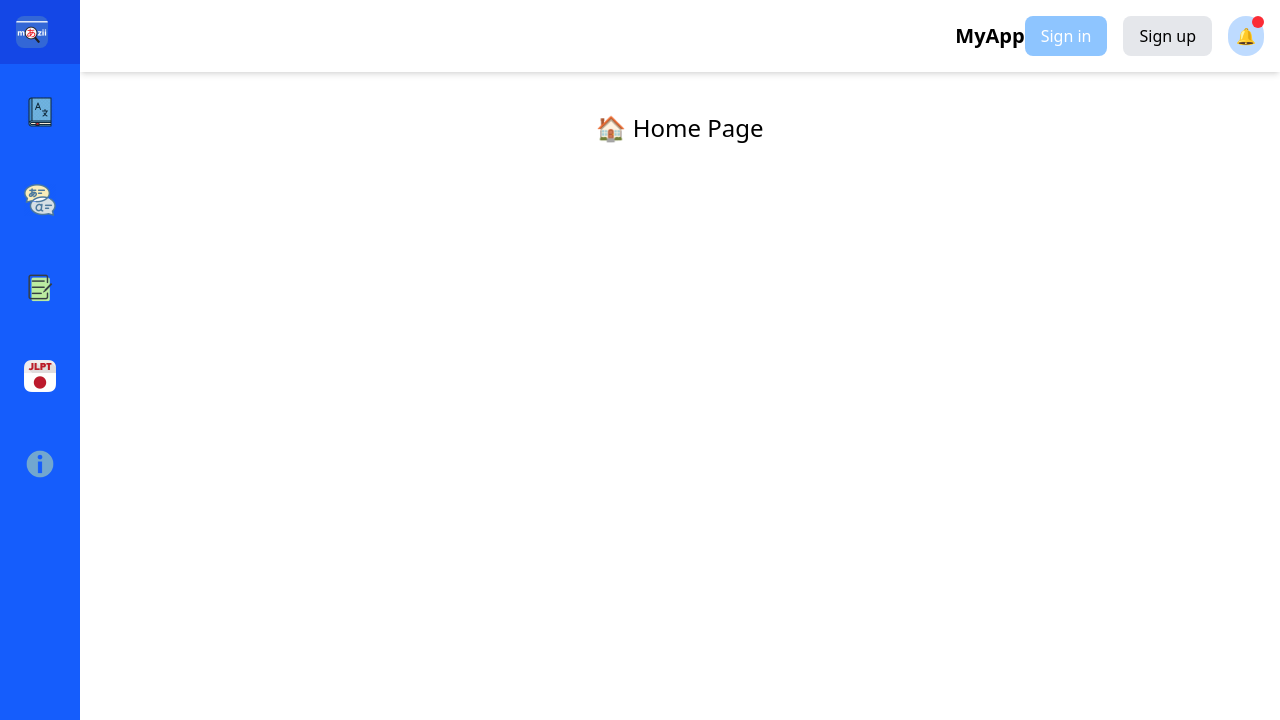
Repository: reminzuetto/JapaneseTranslationApp
Page: /
These files come from the project's save history. The page is drawn as it stood at one moment and after the next save; the edit follows.
The browser window is 1280 px wide. The pictures show the whole page.
The project was rebuilt for these pictures with package versions that can differ from the ones it lists, and the page was loaded fresh each time. Also part of the build but not shown: vite.config.js, src/components/Header/NotificationItem.jsx, src/pages/SignIn.jsx, src/pages/Signup.jsx.

Above is the page before, as saved 2025-03-11 23:54:53.

### src/App.jsx
import React from "react";
import { BrowserRouter as Router, Routes, Route } from "react-router-dom";
import Header from "./components/Header/Header";
import Home from "./pages/Home";
import Sidebar from "./components/SideBar/SideBar";
import SignIn from "./pages/SignIn";
import SignUp from "./pages/Signup";

function App() {
  return (
    <Router>
      <div className="flex">
        <Sidebar />
        <div className="flex-1 pl-20">
          <Header />
          <Routes>
            <Route path="/" element={<Home />} />
            <Route path="/signin" element={<SignIn />} />
            <Route path="/signup" element={<SignUp />} />
          </Routes>
        </div>
      </div>
    </Router>
  );
}

export default App;

### src/components/Header/Header.jsx
import React, { useState } from "react";
import useClickOutside from "../../hooks/useClickOutside";
import notificationsData from "/src/Data.js";
import NotificationItem from "../Header/NotificationItem";

const Header = () => {
  const { show, setShow, nodeRef } = useClickOutside();
  const [notifications, setNotifications] = useState(notificationsData);

  const markAsSeen = (id) => {
    setNotifications((prev) =>
      prev.map((item) => (item.id === id ? { ...item, seen: true } : item))
    );
  };

  return (
    <header className="flex items-center justify-end p-4 bg-white shadow-md">
      <div className="text-xl font-bold">MyApp</div>

      <div className="flex items-center gap-4">
        <button className="px-4 py-2 text-white bg-blue-300 rounded-lg hover:bg-blue-500">
          Sign in
        </button>
        <button className="px-4 py-2 text-blue bg-gray-200 rounded-lg hover:bg-blue-500 hover:text-white">
          Sign up
        </button>
        <div className="relative" ref={nodeRef}>
          <div
            className="relative p-2 rounded-full bg-blue-200 hover:bg-blue-400 cursor-pointer"
            onClick={() => setShow(!show)}
          >
            🔔
            {notifications.some((item) => !item.seen) && (
              <span className="absolute top-0 right-0 w-3 h-3 bg-red-500 rounded-full"></span>
            )}
          </div>

          {show && (
            <div className="absolute top-full -left-2 min-w-[250px] translate-x-[-100%] mt-2 bg-white shadow-lg rounded-lg border border-gray-200">
              {notifications.length > 0 ? (
                notifications.map((item) => (
                  <NotificationItem
                    key={item.id}
                    id={item.id}
                    title={item.title}
                    time={item.time}
                    seen={item.seen}
                    onMarkAsSeen={markAsSeen}
                  />
                ))
              ) : (
                <div className="p-4 text-center text-gray-400">
                  Không có thông báo mới
                </div>
              )}
            </div>
          )}
        </div>
      </div>
    </header>
  );
};

export default Header;

### src/pages/Home.jsx
import React from "react";

const Home = () => {
  return <h1 className="text-2xl text-center mt-10">🏠 Home Page</h1>;
};

export default Home;

### src/components/SideBar/SideBar.jsx
import React from "react";

const SidebarItem = ({ src, text }) => (
  <li className="w-full">
    <a
      className="flex items-center h-20 text-gray-200 no-underline transition duration-500 hover:bg-blue-700 hover:text-white hover:shadow-lg hover:font-bold hover:rounded-lg hover:ml-3 hover:mr-3"
      href=""
    >
      <img className="w-8 min-w-8 mx-6" src={src} alt={text} />
      <span className="hidden group-hover:block ml-4">{text}</span>
    </a>
  </li>
);

const SideBar = () => {
  const menuItems = [
    { src: "/src/assets/SearchIcon.png", text: "Search" },
    { src: "/src/assets/TranslateIcon.png", text: "Translate" },
    { src: "/src/assets/CollectionIcon.png", text: "Collection" },
    { src: "/src/assets/JLPTIcon.png", text: "JLPT" },
    { src: "/src/assets/AboutIcon.jpg", text: "About us" },
  ];

  return (
    <nav className="w-20 h-screen fixed z-10 bg-blue-600 transition-all duration-200 hover:w-64 group">
      <ul className="flex flex-col items-center space-y-2">
        <li className="w-full text-center py-4 bg-blue-700 font-bold uppercase text-white text-2xl">
          <a className="flex items-center justify-center space-x-4" href="">
            <img
              className="w-8 h-8 rounded-lg transition-transform duration-600 group-hover:rotate-[-360deg]"
              src="/src/assets/MaziiLogo.png"
              alt="Mazii logo"
            />
            <span className="hidden group-hover:block">Mazzi</span>
          </a>
        </li>
        {menuItems.map((item, index) => (
          <SidebarItem key={index} src={item.src} text={item.text} />
        ))}
      </ul>
    </nav>
  );
};

export default SideBar;

### src/hooks/useClickOutside.jsx
import { useEffect, useRef, useState } from "react";

export default function useClickOutside(dom = "button") {
  const [show, setShow] = useState(false);
  const nodeRef = useRef(null);
  useEffect(() => {
    const handleClickOutside = (event) => {
      if (
        nodeRef.current &&
        !nodeRef.current.contains(event.target) &&
        !event.target.matches(dom)
      ) {
        setShow(false);
      }
    };
    document.addEventListener("click", handleClickOutside);
    return () => {
      document.removeEventListener("click", handleClickOutside);
    };
  }, []);

  return {
    show,
    setShow,
    nodeRef,
  };
}

### src/Data.js
const notificationsData = [
  {
    id: 1,
    title: "JavaScript Update",
    content: "Phiên bản mới của JavaScript đã được phát hành.",
    time: "10 phút trước",
    seen: false,
  },
  {
    id: 2,
    title: "ReactJS Tips",
    content: "Học cách tối ưu hóa hiệu suất trong ReactJS.",
    time: "30 phút trước",
    seen: true,
  },
  {
    id: 3,
    title: "VueJS News",
    content: "Vue 3 đang ngày càng phổ biến hơn!",
    time: "1 giờ trước",
    seen: false,
  },
  {
    id: 4,
    title: "Next.js Guide",
    content: "Làm thế nào để sử dụng Server Actions hiệu quả?",
    time: "3 giờ trước",
    seen: true,
  },
  {
    id: 5,
    title: "PostgreSQL Tips",
    content: "Cách tối ưu truy vấn SQL cho tốc độ nhanh hơn.",
    time: "5 giờ trước",
    seen: false,
  },
];

export default notificationsData;

Loaded but not shown: index.html (common file); src/main.jsx (common file); src/index.css (common file)

After the next save:
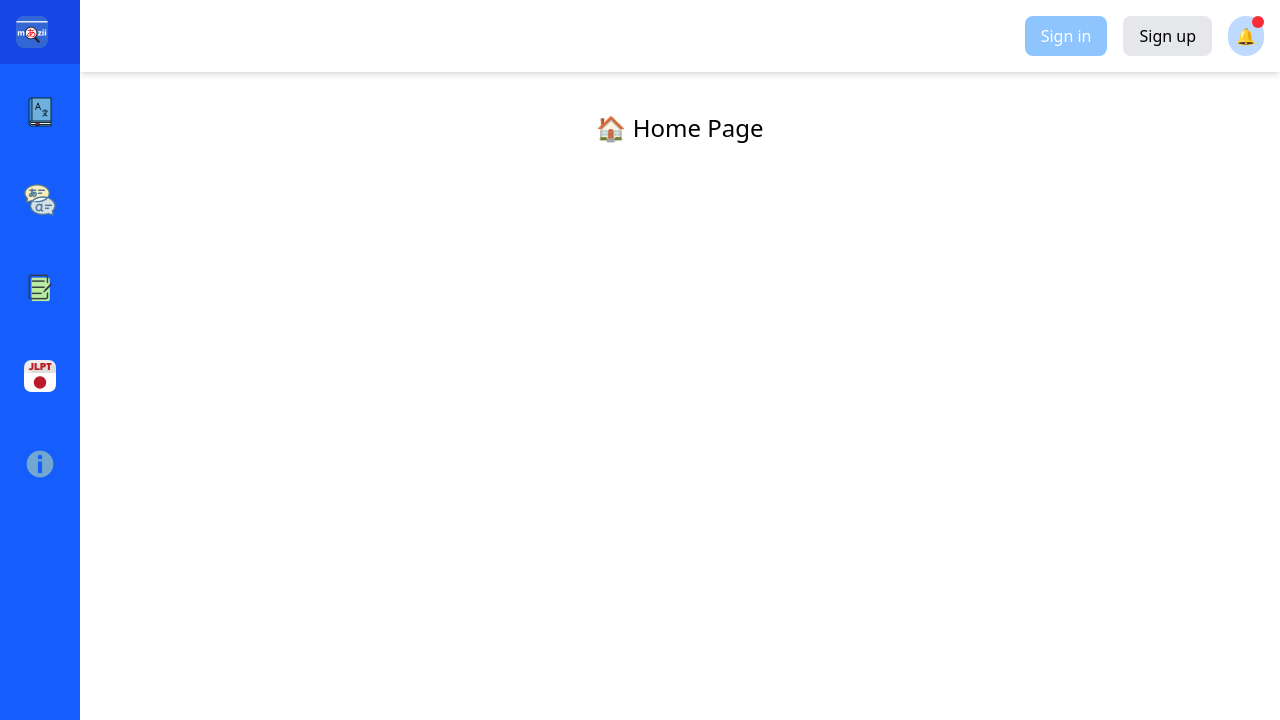
Saved 4 s later.
--- a/src/components/Header/Header.jsx
+++ b/src/components/Header/Header.jsx
@@ -15,7 +15,7 @@
 
   return (
     <header className="flex items-center justify-end p-4 bg-white shadow-md">
-      <div className="text-xl font-bold">MyApp</div>
+      {/* <div className="text-xl font-bold">MyApp</div> */}
 
       <div className="flex items-center gap-4">
         <button className="px-4 py-2 text-white bg-blue-300 rounded-lg hover:bg-blue-500">
